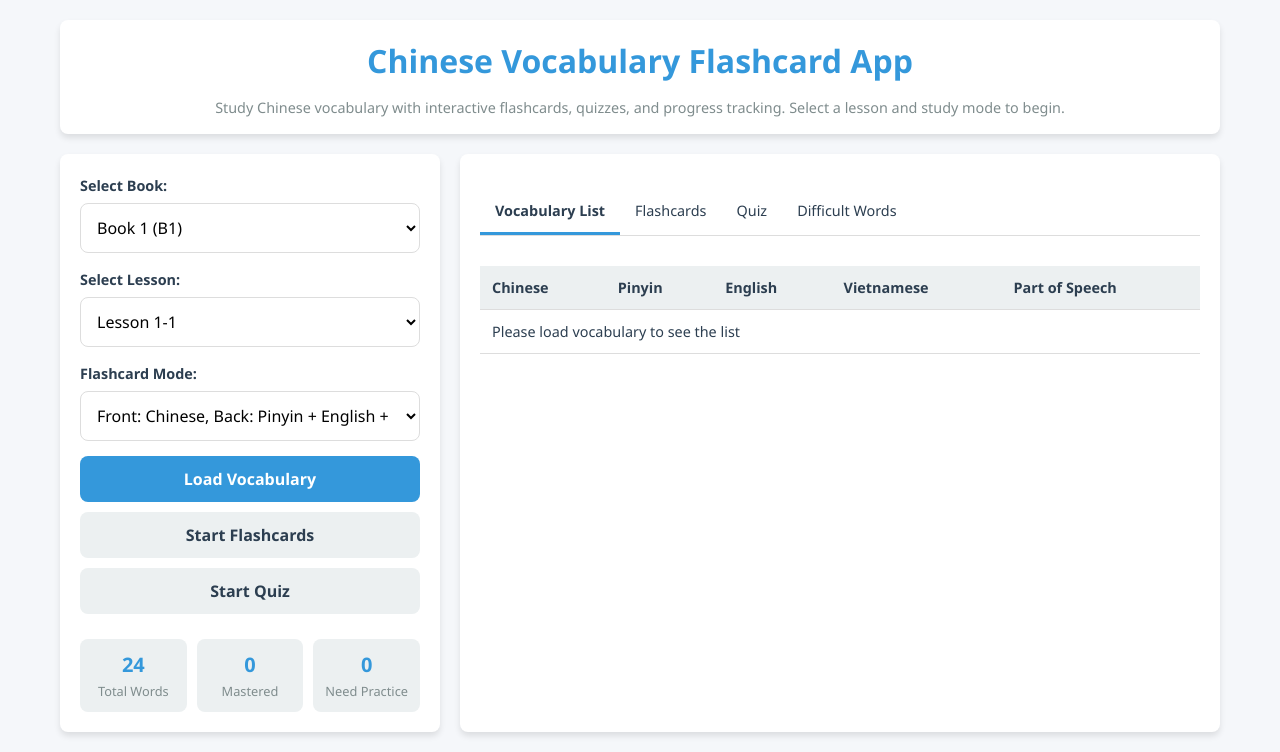
Repository: fangdongyzu/dangdaiflashcards
Page: index.html
The author's editor kept a copy of each file at every save. The page is drawn from the files as they stood at one save, then again after the next save.
The browser window is 1280 px wide. The pictures show the whole page.

Above is the page before, as saved 2025-11-03 21:58:50.

### index.html
<!DOCTYPE html>
<html lang="en">
<head>
    <meta charset="UTF-8">
    <meta name="viewport" content="width=device-width, initial-scale=1.0">
    <title>Chinese Vocabulary Flashcard App</title>
    <link rel="stylesheet" href="styles.css">
</head>
<body>
    <div class="container">
        <header>
            <h1>Chinese Vocabulary Flashcard App</h1>
            <p class="app-description">Study Chinese vocabulary with interactive flashcards, quizzes, and progress tracking. Select a lesson and study mode to begin.</p>
        </header>

        <div class="main-content">
            <div class="control-panel">
                <div class="form-group">
                    <label for="book-select">Select Book:</label>
                    <select id="book-select">
                        <option value="B1">Book 1 (B1)</option>
                        <option value="B2">Book 2 (B2)</option>
                        <option value="B3">Book 3 (B3)</option>
                        <option value="B4">Book 4 (B4)</option>
                        <option value="B5">Book 5 (B5)</option>
                        <option value="B6">Book 6 (B6)</option>
                    </select>
                </div>

                <div class="form-group">
                    <label for="lesson-select">Select Lesson:</label>
                    <select id="lesson-select">
                        <!-- Lessons will be populated by JavaScript -->
                    </select>
                </div>

                <div class="form-group">
                    <label for="mode-select">Flashcard Mode:</label>
                    <select id="mode-select">
                        <option value="chinese-front">Front: Chinese, Back: Pinyin + English + Vietnamese</option>
                        <option value="pinyin-front">Front: Pinyin, Back: Chinese + English + Vietnamese</option>
                        <option value="english-front">Front: English, Back: Chinese + Pinyin + Vietnamese</option>
                        <option value="vietnamese-front">Front: Vietnamese, Back: Chinese + Pinyin + English</option>
                    </select>
                </div>

                <div class="button-group">
                    <button id="load-vocab-btn" class="btn primary">Load Vocabulary</button>
                    <button id="start-flashcards-btn" class="btn secondary">Start Flashcards</button>
                    <button id="start-quiz-btn" class="btn secondary">Start Quiz</button>
                </div>

                <div class="stats">
                    <div class="stat-item">
                        <div class="stat-value" id="total-words">0</div>
                        <div class="stat-label">Total Words</div>
                    </div>
                    <div class="stat-item">
                        <div class="stat-value" id="mastered-words">0</div>
                        <div class="stat-label">Mastered</div>
                    </div>
                    <div class="stat-item">
                        <div class="stat-value" id="difficult-words">0</div>
                        <div class="stat-label">Need Practice</div>
                    </div>
                </div>

                <div class="loading-indicator hidden" id="loading-indicator">
                    <div class="loading-spinner"></div>
                    <p>Loading vocabulary data...</p>
                </div>
            </div>

            <div class="study-area">
                <div class="tab-container">
                    <div class="tabs">
                        <div class="tab active" data-tab="vocabulary">Vocabulary List</div>
                        <div class="tab" data-tab="flashcards">Flashcards</div>
                        <div class="tab" data-tab="quiz">Quiz</div>
                        <div class="tab" data-tab="difficult">Difficult Words</div>
                    </div>

                    <div class="tab-content active" id="vocabulary-content">
                        <div class="vocabulary-list">
                            <table class="vocabulary-table">
                                <thead>
                                    <tr>
                                        <th>Chinese</th>
                                        <th>Pinyin</th>
                                        <th>English</th>
                                        <th>Vietnamese</th>
                                        <th>Part of Speech</th>
                                    </tr>
                                </thead>
                                <tbody id="vocabulary-table-body">
                                    <tr>
                                        <td colspan="5" class="text-center">Please load vocabulary to see the list</td>
                                    </tr>
                                </tbody>
                            </table>
                        </div>
                    </div>

                    <div class="tab-content" id="flashcards-content">
                        <div class="flashcard" id="flashcard">
                            <div class="flashcard-inner">
                                <div class="flashcard-front">
                                    <div class="chinese-character" id="flashcard-front-content">请选择课程</div>
                                </div>
                                <div class="flashcard-back">
                                    <div class="flashcard-content" id="flashcard-back-content">Please select a lesson</div>
                                </div>
                            </div>
                        </div>
                        <div class="flashcard-controls">
                            <button id="prev-card-btn" class="btn secondary">Previous</button>
                            <button id="flip-card-btn" class="btn primary">Flip Card</button>
                            <button id="next-card-btn" class="btn secondary">Next</button>
                            <button id="mark-difficult-btn" class="btn warning">Mark Difficult</button>
                            <button id="mark-mastered-btn" class="btn success">Mark Mastered</button>
                        </div>
                        <div class="progress-info">
                            <div class="progress-text" id="progress-text">Card 0 of 0</div>
                            <div class="progress-bar">
                                <div class="progress" id="flashcard-progress"></div>
                            </div>
                        </div>
                    </div>

                    <div class="tab-content" id="quiz-content">
                        <div class="quiz-container">
                            <div class="quiz-question" id="quiz-question">Please load vocabulary to start quiz</div>
                            <div class="quiz-options" id="quiz-options">
                                <!-- Quiz options will be populated by JavaScript -->
                            </div>
                            <div class="quiz-feedback" id="quiz-feedback"></div>
                            <div class="quiz-controls">
                                <button id="next-question-btn" class="btn primary hidden">Next Question</button>
                            </div>
                            <div class="progress-info">
                                <div class="progress-text" id="quiz-progress-text">Question 0 of 0</div>
                                <div class="progress-bar">
                                    <div class="progress" id="quiz-progress"></div>
                                </div>
                            </div>
                        </div>
                    </div>

                    <div class="tab-content" id="difficult-content">
                        <div class="difficult-words">
                            <h3>Words Needing Practice</h3>
                            <ul class="difficult-words-list" id="difficult-words-list">
                                <li class="difficult-word text-center">No difficult words yet. Keep studying!</li>
                            </ul>
                            <div class="difficult-words-controls">
                                <button id="practice-difficult-btn" class="btn primary">Practice These Words</button>
                                <button id="clear-difficult-btn" class="btn warning">Clear List</button>
                            </div>
                        </div>
                    </div>
                </div>
            </div>
        </div>
    </div>

    <script src="script.js"></script>
</body>
</html>

Loaded but not shown: script.js (1156 lines, source omitted); styles.css (646 lines, source omitted)

After the next save:
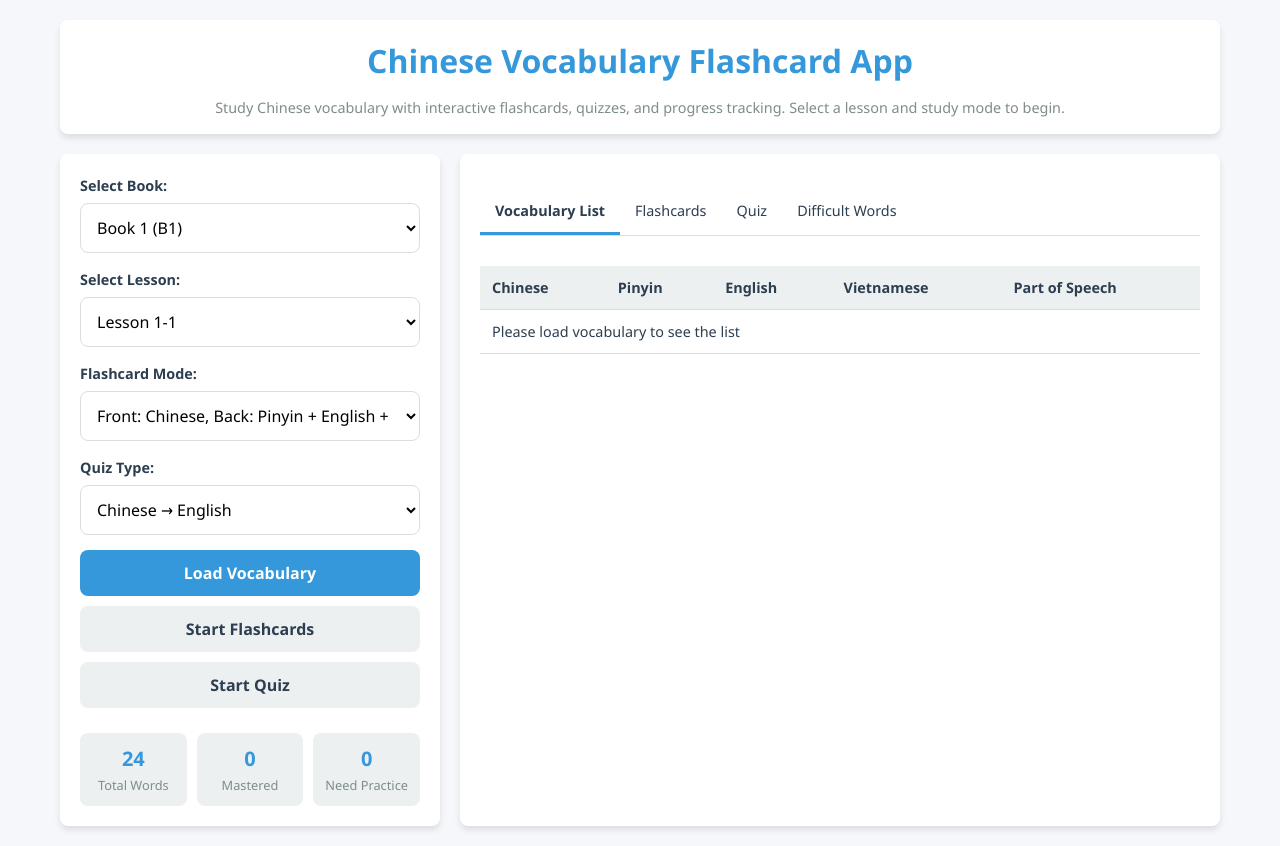
Saved 11 min 3 s later.
--- a/index.html
+++ b/index.html
@@ -41,6 +41,17 @@
                         <option value="pinyin-front">Front: Pinyin, Back: Chinese + English + Vietnamese</option>
                         <option value="english-front">Front: English, Back: Chinese + Pinyin + Vietnamese</option>
                         <option value="vietnamese-front">Front: Vietnamese, Back: Chinese + Pinyin + English</option>
+                    </select>
+                </div>
+
+                <!-- ADD QUIZ TYPE SELECTION HERE -->
+                <div class="form-group">
+                    <label for="quiz-type-select">Quiz Type:</label>
+                    <select id="quiz-type-select">
+                        <option value="chinese-english">Chinese → English</option>
+                        <option value="chinese-vietnamese">Chinese → Vietnamese</option>
+                        <option value="chinese-pinyin">Chinese → Pinyin</option>
+                        <option value="mixed">Mixed Questions</option>
                     </select>
                 </div>
 

After the 2 saves that followed:
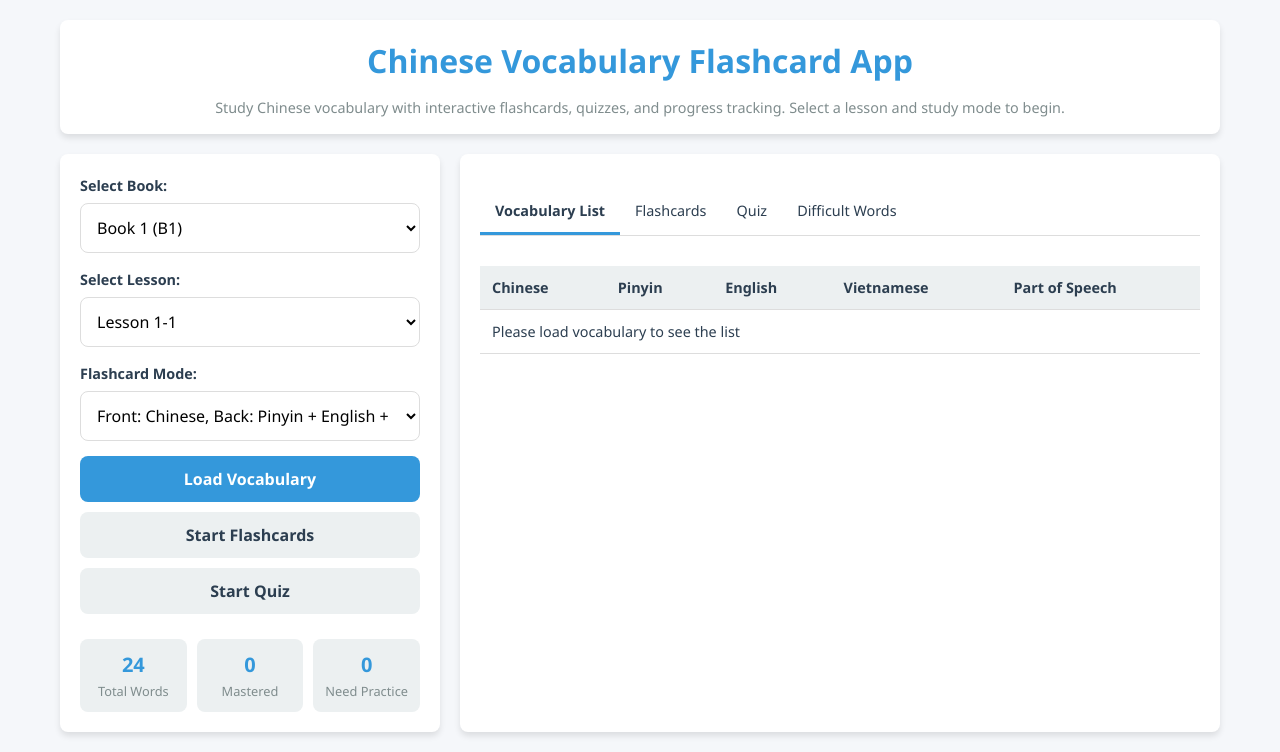
The 2 saves are shown as one change because they came seconds apart.
The last was saved 7 min 53 s later.
--- a/index.html
+++ b/index.html
@@ -41,17 +41,6 @@
                         <option value="pinyin-front">Front: Pinyin, Back: Chinese + English + Vietnamese</option>
                         <option value="english-front">Front: English, Back: Chinese + Pinyin + Vietnamese</option>
                         <option value="vietnamese-front">Front: Vietnamese, Back: Chinese + Pinyin + English</option>
-                    </select>
-                </div>
-
-                <!-- ADD QUIZ TYPE SELECTION HERE -->
-                <div class="form-group">
-                    <label for="quiz-type-select">Quiz Type:</label>
-                    <select id="quiz-type-select">
-                        <option value="chinese-english">Chinese → English</option>
-                        <option value="chinese-vietnamese">Chinese → Vietnamese</option>
-                        <option value="chinese-pinyin">Chinese → Pinyin</option>
-                        <option value="mixed">Mixed Questions</option>
                     </select>
                 </div>
 
@@ -139,8 +128,45 @@
                     </div>
 
                     <div class="tab-content" id="quiz-content">
-                        <div class="quiz-container">
-                            <div class="quiz-question" id="quiz-question">Please load vocabulary to start quiz</div>
+                        <div class="quiz-setup" id="quiz-setup">
+                            <h3>Choose Quiz Type</h3>
+                            <div class="quiz-type-selection">
+                                <div class="quiz-type-option" data-quiz-type="chinese-english">
+                                    <div class="quiz-type-icon">🇨🇳 → 🇺🇸</div>
+                                    <div class="quiz-type-info">
+                                        <h4>Chinese → English</h4>
+                                        <p>Test your English translation skills</p>
+                                    </div>
+                                </div>
+                                <div class="quiz-type-option" data-quiz-type="chinese-vietnamese">
+                                    <div class="quiz-type-icon">🇨🇳 → 🇻🇳</div>
+                                    <div class="quiz-type-info">
+                                        <h4>Chinese → Vietnamese</h4>
+                                        <p>Test your Vietnamese translation skills</p>
+                                    </div>
+                                </div>
+                                <div class="quiz-type-option" data-quiz-type="chinese-pinyin">
+                                    <div class="quiz-type-icon">🇨🇳 → 📝</div>
+                                    <div class="quiz-type-info">
+                                        <h4>Chinese → Pinyin</h4>
+                                        <p>Test your pinyin knowledge</p>
+                                    </div>
+                                </div>
+                                <div class="quiz-type-option" data-quiz-type="mixed">
+                                    <div class="quiz-type-icon">🎲</div>
+                                    <div class="quiz-type-info">
+                                        <h4>Mixed Questions</h4>
+                                        <p>Random combination of all question types</p>
+                                    </div>
+                                </div>
+                            </div>
+                            <div class="quiz-start-controls">
+                                <button id="start-selected-quiz" class="btn primary" disabled>Start Selected Quiz</button>
+                            </div>
+                        </div>
+
+                        <div class="quiz-container hidden" id="quiz-container">
+                            <div class="quiz-question" id="quiz-question">Loading question...</div>
                             <div class="quiz-options" id="quiz-options">
                                 <!-- Quiz options will be populated by JavaScript -->
                             </div>
